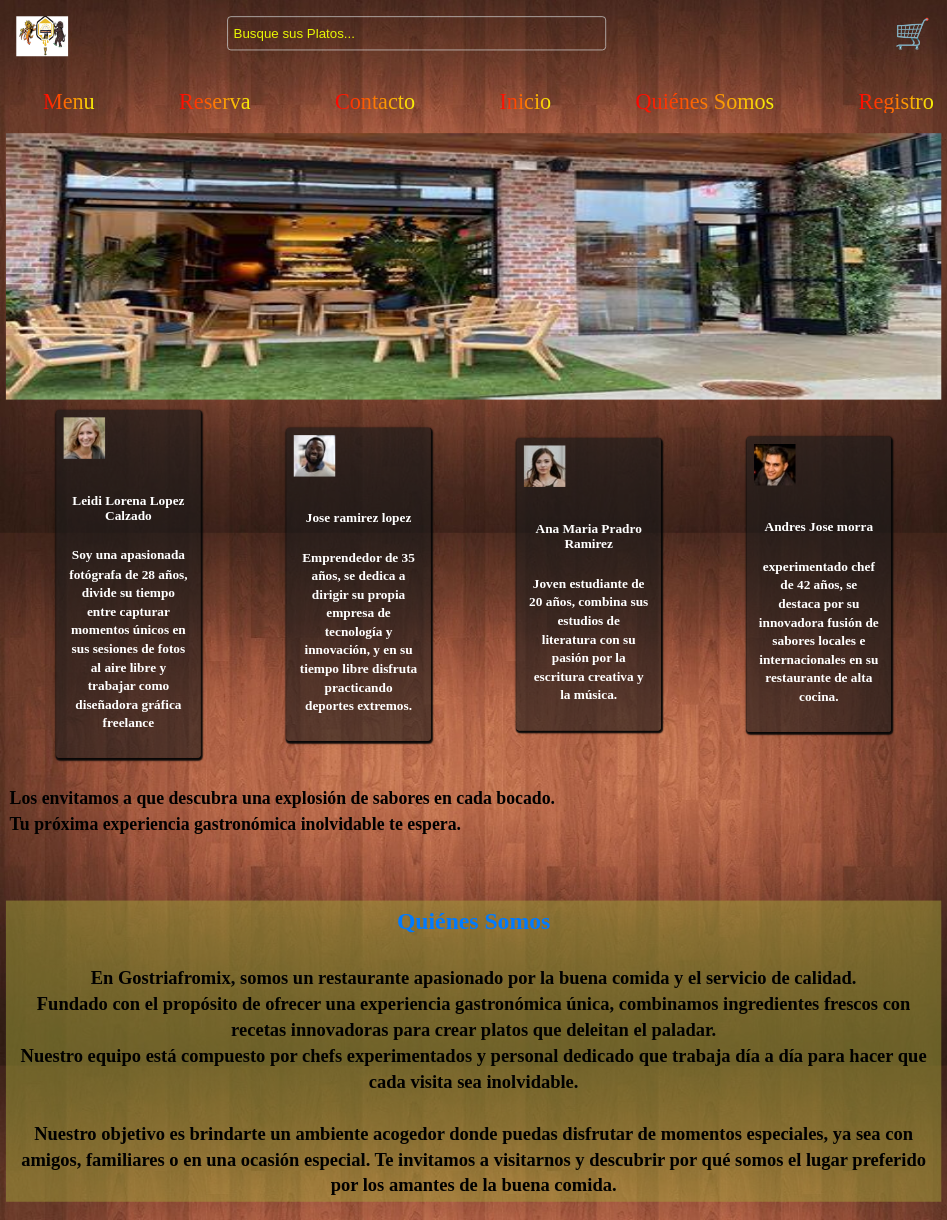
Repository: ye909/app_restaurante
Page: index.html
The author's editor kept a copy of each file at every save. The page is drawn from the files as they stood at one save, then again after the next save.
The browser window is 1280 px wide. The pictures show the whole page, at 74% of full size.
Backgrounds fixed to the window are drawn as part of the page.

Above is the page before, as saved 2025-01-12 09:07:44.
Console error: ReferenceError: menuItems is not defined

After the next save:
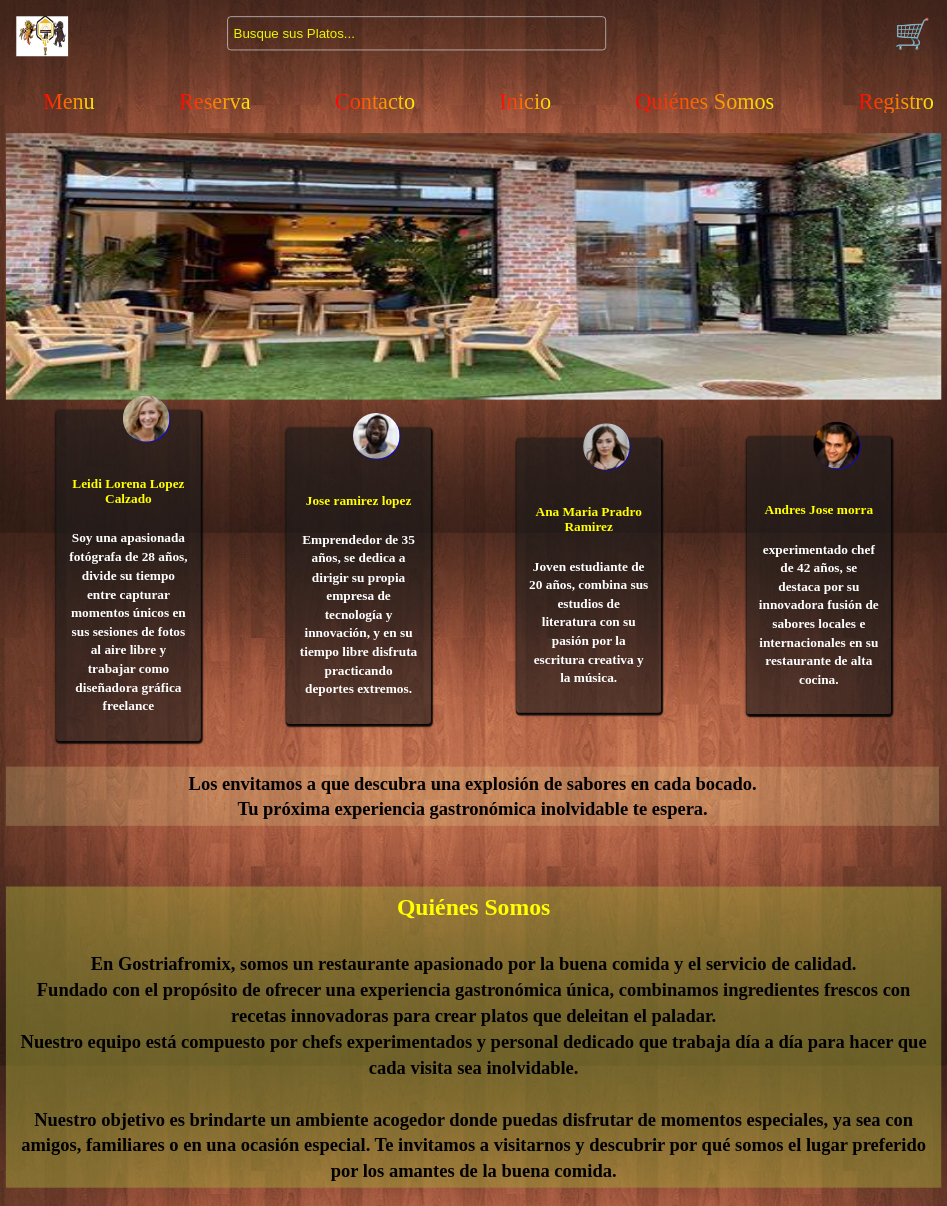
Saved 23 s later.
--- a/css/menu_principal.css
+++ b/css/menu_principal.css
@@ -32,21 +32,19 @@ html {
     height: auto;
     box-shadow: rgb(8, 8, 8) 1px 2px 2px 2px;
   }
-  /* .container_persona img {
+  .container_persona img {
     object-fit: cover;
-    width: 46%;
+    width: 36%;
     margin-left: 80px;
     margin-top: -30px;
     border-radius: 80px;
     box-shadow: rgb(8, 4, 247) 1px 1px 1px;
-  } */
+  }
   .container_persona p,h3 {
     padding: 6px;
     font-size: 18px;
     text-align: center;
   }
-  /*
-
 
   h3 ,.titu_quienson{
     color: yellow;
@@ -66,4 +64,4 @@ html {
   .quienes-somos p {
     font-size: 30px;
     line-height: 1.4;
-  } */
+  }
